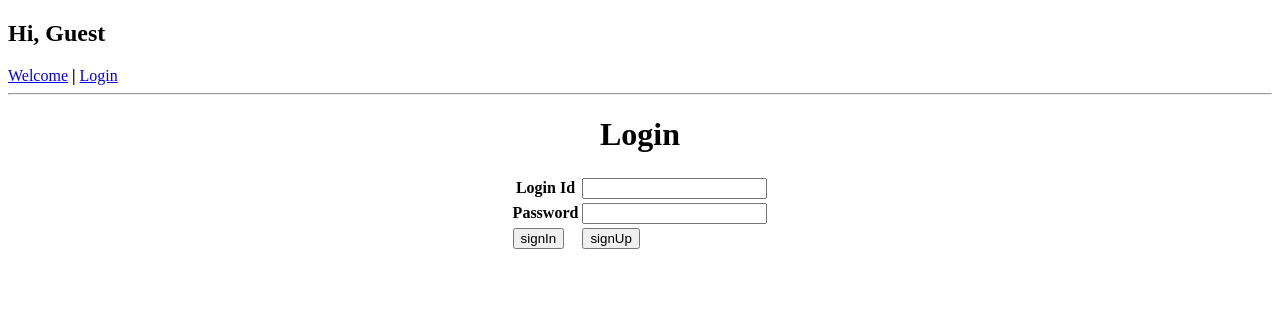
Repository: Ajay12Ajay/Advance_Java
Page: http://localhost/Advance_Web_Project/LoginView.jsp
These files come from the project's save history. The page is drawn as it stood at one moment and after the next save; the edit follows.
The browser window is 1280 px wide. The pictures show the whole page.
The page is served by Tomcat 9. Nobody is signed in. The application's start-up code is not run. Other server files are loaded and not shown.

Above is the page before, as saved 2025-07-28 09:49:42.

### Advance_Web_Project/WebContent/LoginView.jsp
<%@ page language="java" contentType="text/html; charset=UTF-8"
	pageEncoding="UTF-8"%>
<!DOCTYPE html>
<html>
<head>
<meta charset="UTF-8">
<title>Login Page</title>
</head>
<body>
	<%@ include file="Header.jsp"%>
	<hr>

	<%
		String error = (String) request.getParameter("error");
	%>


	<div align="center">
		<h1>Login</h1>
		<%
			if (error != null) {
		%>
		<h3>
			<font color="red"><%=error%></font>
		</h3>

		<%
			}
		%>
		<form action="LoginCtl" method="post">
			<table>
				<tr>
					<th>Login Id</th>
					<td><input type="text" name="loginId"></td>
				</tr>
				<tr>
					<th>Password</th>
					<td><input type="text" name="password"></td>
				</tr>
				<tr>

					<td><input type="submit" value="signIn" name="operation"></td>
					<td><input type="submit" value="signUp" name="operation"></td>
				</tr>
			</table>
		</form>
	</div>

</body>
</html>

### Advance_Web_Project/WebContent/Header.jsp
<%@ page language="java" contentType="text/html; charset=UTF-8"
	pageEncoding="UTF-8"%>
<!DOCTYPE html>
<html>
<head>
<meta charset="UTF-8">
<title>Insert title here</title>
</head>
<body>

	<div>
		<h2>Hi, Guest</h2>
		<a href="WelcomeCtl">Welcome</a>
		<b>|</b>
		<a href="LoginCtl">Login</a>
	</div>

</body>
</html>

After the next save:
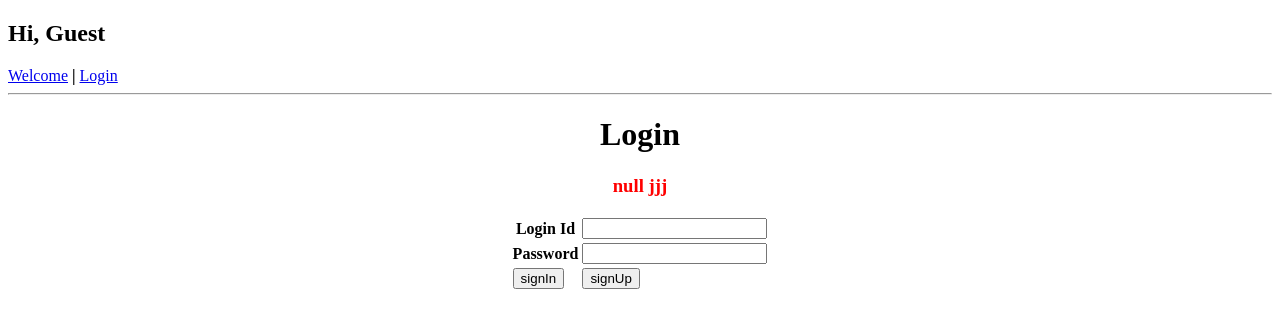
Saved 2 min 15 s later.
--- a/Advance_Web_Project/WebContent/LoginView.jsp
+++ b/Advance_Web_Project/WebContent/LoginView.jsp
@@ -18,10 +18,10 @@
 	<div align="center">
 		<h1>Login</h1>
 		<%
-			if (error != null) {
+			if (error == null) {
 		%>
 		<h3>
-			<font color="red"><%=error%></font>
+			<font color="red"><%=error%> jjj</font>
 		</h3>
 
 		<%

After the save that followed:
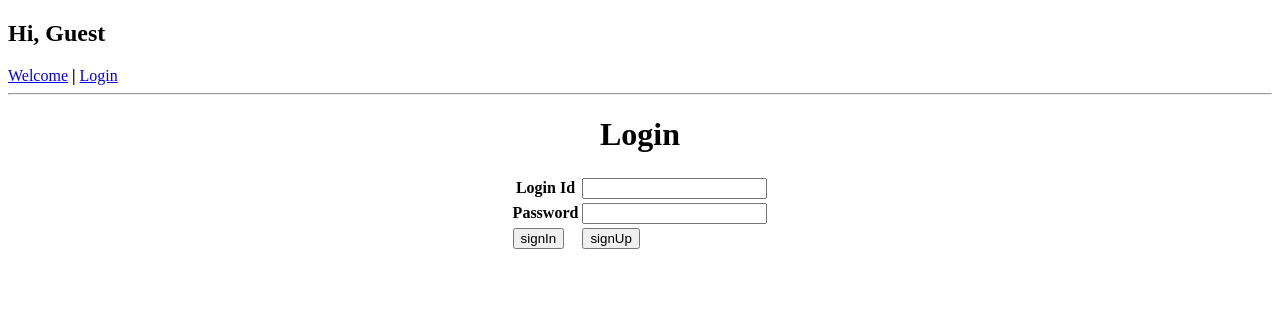
Saved 26 s later.
--- a/Advance_Web_Project/WebContent/LoginView.jsp
+++ b/Advance_Web_Project/WebContent/LoginView.jsp
@@ -18,10 +18,10 @@
 	<div align="center">
 		<h1>Login</h1>
 		<%
-			if (error == null) {
+			if (error != null) {
 		%>
 		<h3>
-			<font color="red"><%=error%> jjj</font>
+			<font color="red"><%=error%></font>
 		</h3>
 
 		<%
